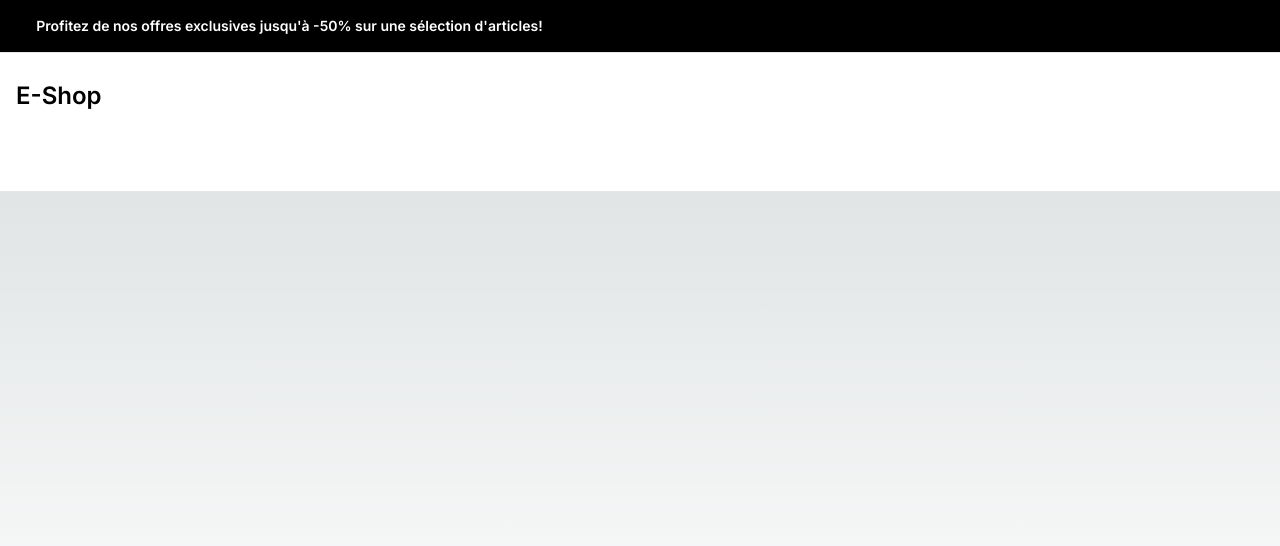
Repository: SDlevelUp/e-shop
Page: /
These files come from the project's save history. The page is drawn as it stood at one moment and after a run of saves; the edit follows.
The browser window is 1280 px wide. The pictures show the whole page.
The project was rebuilt for these pictures with package versions that can differ from the ones it lists, and the page was loaded fresh each time. The framework's server and built-in components were replaced by stand-ins that run in the browser. Also part of the build but not shown: next.config.js.

Above is the page before, as saved 2023-08-29 09:24:06.

After the next 5 saves:
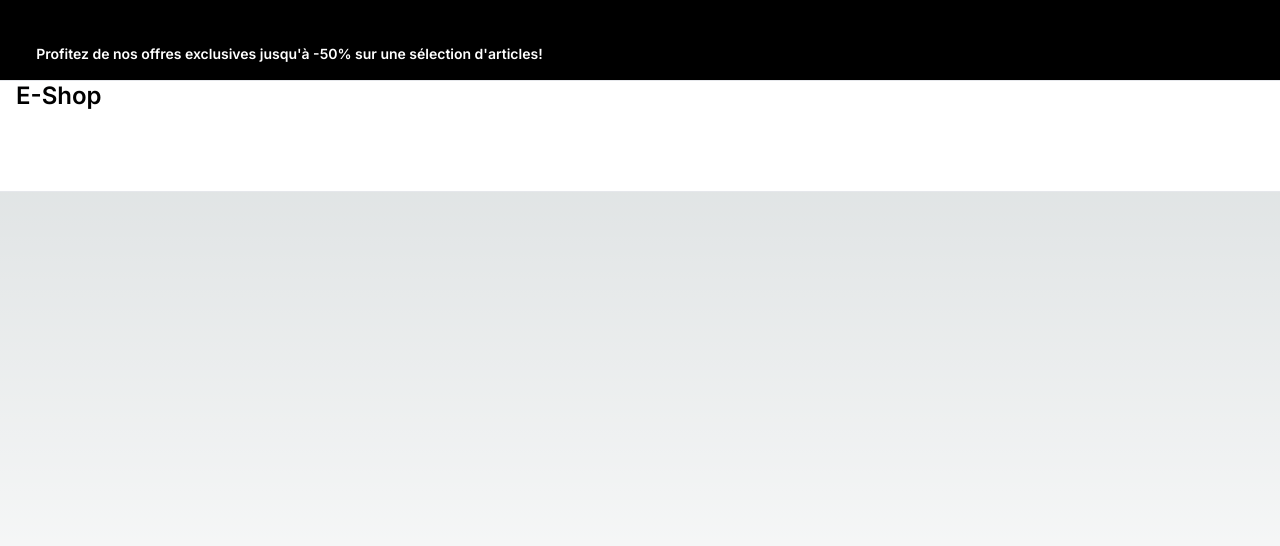
The 5 saves are shown as one change because they came seconds apart.
The last was saved 20 s later.
--- a/src/components/Navbar/Navbar.jsx
+++ b/src/components/Navbar/Navbar.jsx
@@ -7,7 +7,7 @@ export default function Navbar() {
                 <header className="bg-black z-50 w-full top-0 left-0 border-b border-gray-200 fixed">
                     <div className="max-w-screen-xl flex flex-wrap items-center justify-center mx-auto p-4">
                         <div className="flex items-center cursor-pointer">
-                            <span className="text-white text-sm font-semibold whitespace-nowrap animation inline-block pl-[100%]">
+                            <span className="text-white text-sm font-semibold whitespace-nowrap animation inline-block pl-[100%] pt-[2em]">
                                 Profitez de nos offres exclusives jusqu'à -50% sur une sélection d'articles!
                             </span>
                         </div>
